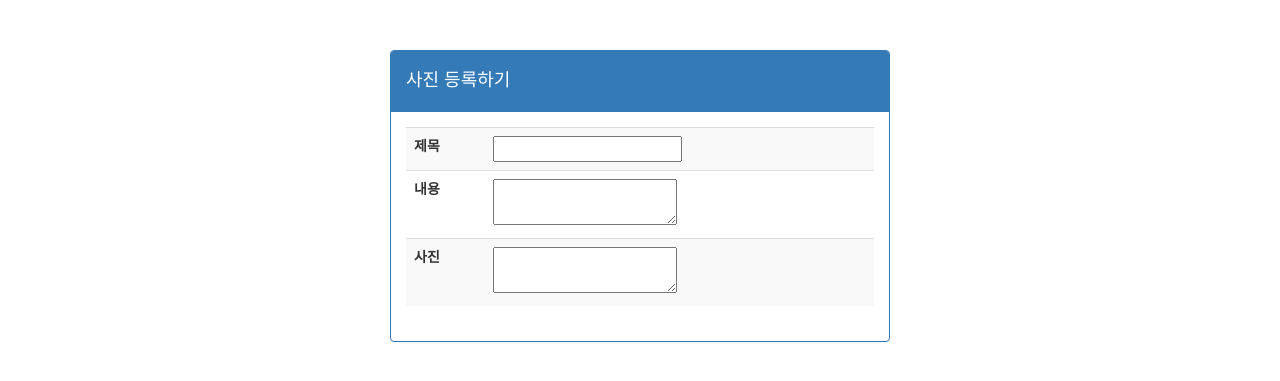
Repository: simDev1234/WebStudy
Page: http://localhost/2022_0607_PhotoGallery/photo/insert_form.do
The author's editor kept a copy of each file at every save. The page is drawn from the files as they stood at one save, then again after the next save.
The browser window is 1280 px wide. The pictures show the whole page.
The page is served by Tomcat 9. Other server files are loaded and not shown.

Above is the page before, as saved 2022-06-08 02:58:17.

### _01_상반기_WebStudy/2022_0607_PhotoGallery/src/main/webapp/photo/photo_insert_form.jsp
<%@ page language="java" contentType="text/html; charset=UTF-8"
    pageEncoding="UTF-8"%>
<!DOCTYPE html>
<html>
<head>
<meta charset="UTF-8">
<title>Insert title here</title>
<link rel="stylesheet" href="https://maxcdn.bootstrapcdn.com/bootstrap/3.4.1/css/bootstrap.min.css">
<script src="https://ajax.googleapis.com/ajax/libs/jquery/3.6.0/jquery.min.js"></script>
<script src="https://maxcdn.bootstrapcdn.com/bootstrap/3.4.1/js/bootstrap.min.js"></script>
<style type="text/css">
    #box{
       width  : 500px;
       margin : auto;
       margin-top : 50px;
    }
</style>
</head>
<body>
   <form method = "POST" enctype = "mutipart/form-data">
      <div id = "box">
         <div class="panel panel-primary">
	       <div class="panel-heading"><h4>사진 등록하기</h4></div>
	       <div class="panel-body">
	          <table class = "table table-striped">
	              <tr>
	                <th>제목</th>
	                <td><input name = "p_subject"></td>
	              </tr>
	              <tr>
	                <th>내용</th>
	                <td><textarea name = "p_content"></textarea></td>
	              </tr>
	              <tr>
	                <th>사진</th>
	                <td><textarea name = "p_content"></textarea></td>
	              </tr>
	          </table>
	       </div>
	     </div>
      </div>
   </form>
</body>
</html>

### _01_상반기_WebStudy/2022_0607_PhotoGallery/src/main/java/action/photo/PhotoInsertFormAction.java
package action.photo;

import java.io.IOException;
import javax.servlet.RequestDispatcher;
import javax.servlet.ServletException;
import javax.servlet.annotation.WebServlet;
import javax.servlet.http.HttpServlet;
import javax.servlet.http.HttpServletRequest;
import javax.servlet.http.HttpServletResponse;

/**
 * Servlet implementation class PhotoInsertFormAction
 */
@WebServlet("/photo/insert_form.do")
public class PhotoInsertFormAction extends HttpServlet {
	private static final long serialVersionUID = 1L;

	/**
	 * @see HttpServlet#HttpServlet()
	 */
	public PhotoInsertFormAction() {
		super();
		// TODO Auto-generated constructor stub
	}

	/**
	 * @see HttpServlet#service(HttpServletRequest request, HttpServletResponse response)
	 */
	protected void service(HttpServletRequest request, HttpServletResponse response)
			throws ServletException, IOException {

		//forward
		String forward_page = "photo_insert_form.jsp";
		RequestDispatcher disp = request.getRequestDispatcher(forward_page);
		disp.forward(request, response);
	}

}

After the next save:
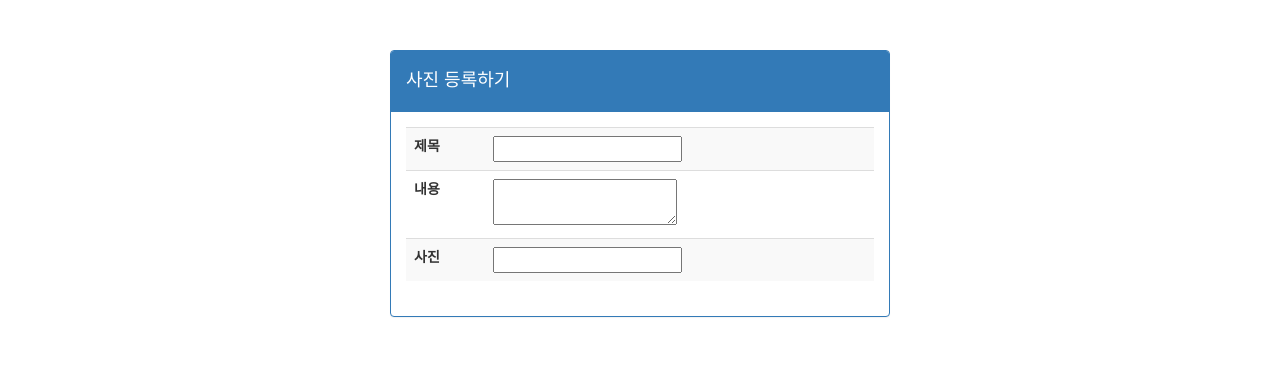
Saved 6 s later.
--- a/_01_상반기_WebStudy/2022_0607_PhotoGallery/src/main/webapp/photo/photo_insert_form.jsp
+++ b/_01_상반기_WebStudy/2022_0607_PhotoGallery/src/main/webapp/photo/photo_insert_form.jsp
@@ -33,7 +33,7 @@
 	              </tr>
 	              <tr>
 	                <th>사진</th>
-	                <td><textarea name = "p_content"></textarea></td>
+	                <td><input name = "p_subject"></td>
 	              </tr>
 	          </table>
 	       </div>
